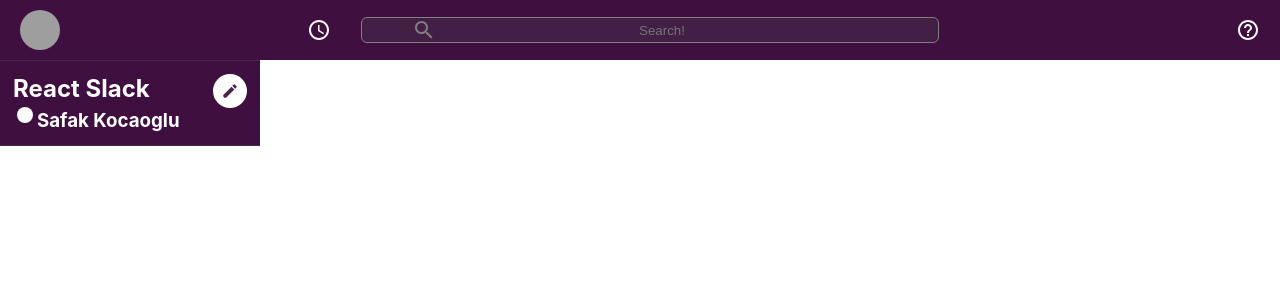
Repository: mminhaz93/React-Slack-Clone
Page: /
The author's editor kept a copy of each file at every save. The page is drawn from the files as they stood at one save, then again after the next save.
The browser window is 1280 px wide. The pictures show the whole page.
Pictures or frames that could not be fetched are drawn as grey boxes. The project was rebuilt for these pictures with package versions that can differ from the ones it lists, and the page was loaded fresh each time.

Above is the page before, as saved 2020-08-13 21:02:47.

### src/index.css
* {
  margin: 0;
}

body {
  margin: 0;
  font-family: -apple-system, BlinkMacSystemFont, 'Segoe UI', 'Roboto', 'Oxygen',
    'Ubuntu', 'Cantarell', 'Fira Sans', 'Droid Sans', 'Helvetica Neue',
    sans-serif;
  -webkit-font-smoothing: antialiased;
  -moz-osx-font-smoothing: grayscale;
}

code {
  font-family: source-code-pro, Menlo, Monaco, Consolas, 'Courier New',
    monospace;
}

### src/App.js
import React from 'react';
import './App.css';
import Header from "./components/Header"
import Sidebar from "./components/Sidebar"

function App() {
  return (
    <div className="App">
      <Header />
      <div className="appBody">
        <Sidebar />
      </div>
    </div>
  );
}

export default App;

### src/components/Header.js
import React from "react";
import "./Header.css";
import { Avatar } from "@material-ui/core";
import { AccessTime, Search, HelpOutline } from "@material-ui/icons";

const Header = () => {
  return (
    <div className="header">
      <div className="headerLeft">
        <Avatar className="headerAvatar" alt="Safak" src="safak" />
        <AccessTime />
      </div>
      <div className="headerSearch">
        <Search />
        <input placeholder="Search!" />
      </div>
      <div className="headerRight">
        <HelpOutline />
      </div>
    </div>
  );
};

export default Header;

### src/components/Sidebar.js
import React from "react";
import "./Sidebar.css";
import { FiberManualRecord, Create } from "@material-ui/icons";

const Sidebar = () => {
  return (
    <div className="sidebar">
      <div className="sidebarHeader">
        <div className="sidebarInfo">
          <h2>React Slack</h2>
          <h3>
            <FiberManualRecord />
            Safak Kocaoglu
          </h3>
        </div>
        <Create/>
      </div>
    </div>
  );
};

export default Sidebar;

### src/components/Header.css
.header {
  display: flex;
  align-items: center;
  justify-content: space-between;
  padding: 10px 0;
  background-color: var(--slack-color);
  color: white;
}

.headerLeft {
  flex: 0.3;
  display: flex;
  align-items: center;
  margin-left: 20px;
}

.headerLeft > .MuiSvgIcon-root {
  margin-left: auto;
  margin-right: 30px;
}

.headerSearch {
  flex: 0.4;
  background-color: #421f44;
  text-align: center;
  display: flex;
  padding: 0 50px;
  color: gray;
  border: 1px solid gray;
  border-radius: 6px;
}

.headerSearch > input {
  background-color: transparent;
  border: none;
  text-align: center;
  min-width: 35vw;
}

.headerRight {
  flex: 0.3;
  display: flex;
  align-items: flex-end;
}

.headerRight > .MuiSvgIcon-root {
    margin-left: auto;
    margin-right: 20px;
  }

### src/components/Sidebar.css
.sidebar {
  background-color: var(--slack-color);
  border-top: 1px solid #49274b;
  max-width: 260px;
  color: white;
}

.sidebarHeader {
  display: flex;
  border-bottom: 1px solid #49274b;
  padding-bottom: 10px;
  padding: 13px;
}

.sidebarInfo{
    flex:1
}

.sidebarHeader > .MuiSvgIcon-root {
  padding: 8px;
  color: #49274b;
  font-size: 18px;
  background-color: white;
  border-radius: 999px;
}

Loaded but not shown: public/index.html (common file); src/index.js (common file); src/serviceWorker.js (common file); src/App.css (common file)

After the next save:
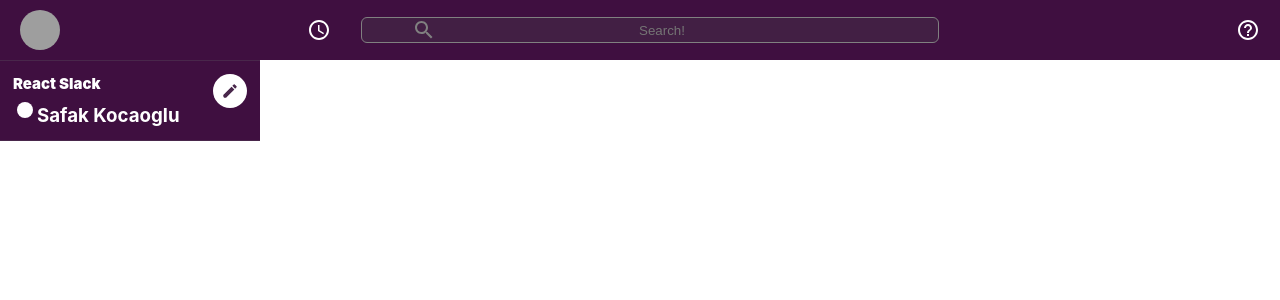
Saved 2 min 6 s later.
--- a/src/components/Sidebar.css
+++ b/src/components/Sidebar.css
@@ -12,8 +12,14 @@
   padding: 13px;
 }
 
-.sidebarInfo{
-    flex:1
+.sidebarInfo {
+  flex: 1;
+}
+
+.sidebarInfo > h2 {
+  font-size: 15px;
+  font-weight: 900;
+  margin-bottom: 5px;
 }
 
 .sidebarHeader > .MuiSvgIcon-root {
